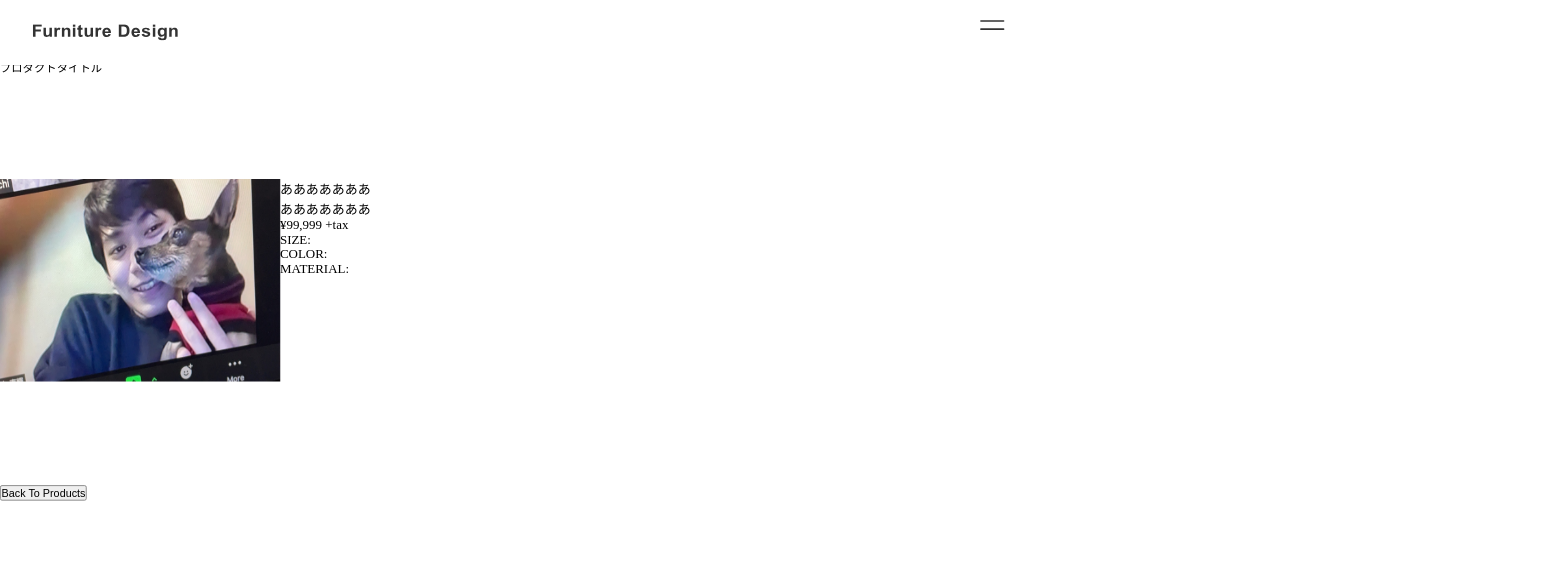
Repository: kohei23n/tenfeet
Page: menbers2/index.html
An editor plug-in stored every save of this project. The page is shown before and after a run of saves, followed by the edit.
The browser window is 1280 px wide. The page is 1920 px wide, so the pictures cover 1920 px, including what lies to the right of the window. The pictures show the whole page, at 81% of full size.

Above is the page before, as saved 2022-02-08 21:50:17.

After the next 2 saves:
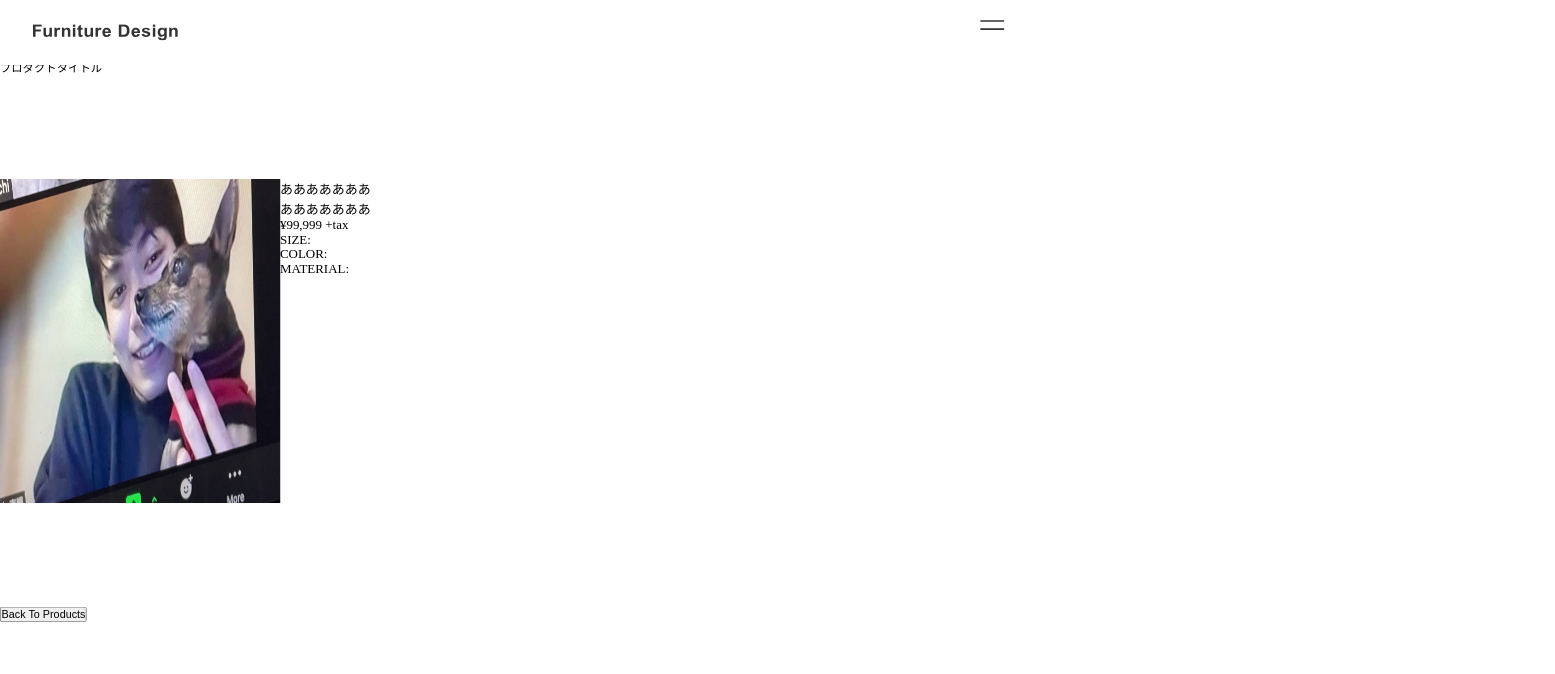
The 2 saves are shown as one change because they came seconds apart.
The last was saved 16 s later.
--- a/menbers2/menbers2.css
+++ b/menbers2/menbers2.css
@@ -110,7 +110,7 @@ img {
 
 .member_img{
     width: 18%;
-    height: 250px;
+    height: 400px;
 }
 
 .section_member{
